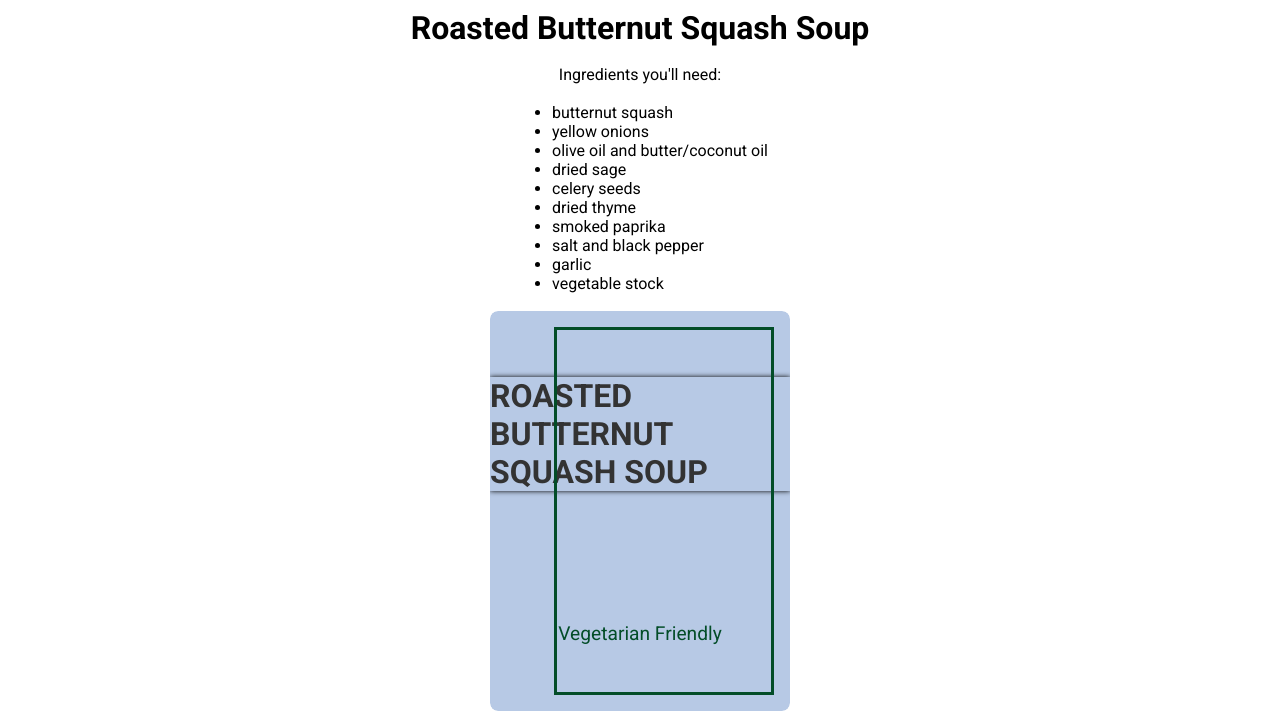
Repository: IDMX225/css-card-flip-LyssaMA
Page: src/index.html
An editor plug-in stored every save of this project. The page is shown before and after the next save, followed by the edit.
The browser window is 1280 px wide. The pictures show the whole page.
The style sheet was rebuilt from its Sass, Less or Tailwind sources for each picture, by a compiler version that may differ from the author's.

Above is the page before, as saved 2024-11-12 19:36:57.
Not found: src/js/index.js

### src/index.html
<!DOCTYPE html>
<html lang="en">

<head>
  <meta charset="UTF-8">
  <meta name="viewport" content="width=device-width, initial-scale=1.0">
  <meta name="description" content="A modern CSS page">
  <meta name="generator" content="Eleventy v1.2">
  <title>Recipe</title>
  <link rel="shortcut icon" href="images/squash.png" type="image/png">
  <link rel="stylesheet" href="css/main.css">
</head>

<body>
  <h1>Roasted Butternut Squash Soup</h1>
  <p>Ingredients you'll need:</p>
  <!-- Unordered List for Ingredients -->
  <ul>
    <li>butternut squash</li>
    <li>yellow onions</li>
    <li>olive oil and butter/coconut oil</li>
    <li>dried sage</li>
    <li>celery seeds</li>
    <li>dried thyme</li>
    <li>smoked paprika</li>
    <li>salt and black pepper</li>
    <li>garlic</li>
    <li>vegetable stock</li>
  </ul>

  <div class="card">
    <div class="card__content">
      <div class="card__front">
        <h3 class="card__title">Roasted Butternut Squash Soup</h3>
        <p class="card__subtitle">Vegetarian Friendly</p>
      </div>

      <div class="card__back">
        <p class="card__body">To roast the squash, simply place the seasoned squash onto two large baking sheets lined
          with aluminum foil for easy cleanup. Roast in the oven for 45 minutes at 400°F.
          There's no need to flip over the squash halfway through roasting. Just let it go for 45 minutes and that's it!
          Enjoy!</p>
      </div>
    </div>
  </div>

  <script src="js/index.js"></script>
</body>

</html>

### src/sass/main.scss

/* Import Google Fonts */
@import url('https://fonts.googleapis.com/css2?family=Roboto:wght@400;700&display=swap');

:root {
  --level-three: translateZ(9rem);
  --fw-normal: 400;
  --fw-bold: 700;
  --clr: #b7c9e5;
  --clr-dark: #333;
  --font-family: 'Roboto', sans-serif;
}

*,
*::before,
*::after {
  box-sizing: border-box;
  margin: 0;
}

body {
  font-family: var(--font-family);
  height: 100vh;
  display: grid;
  place-items: center;
}

.card {
  width: 300px;
  height: 400px;
  perspective: 1000px;
  border-radius: 8px;
  overflow: hidden;
}

.card__content {
  position: relative;
  width: 100%;
  height: 100%;
  transform-style: preserve-3d;
  transition: transform 0.6s;
}

.card:hover .card__content {
  transform: rotateY(180deg);
}

.card__front,
.card__back {
  position: absolute;
  top: 0;
  left: 0;
  right: 0;
  bottom: 0;
  backface-visibility: hidden;
  display: grid;
  justify-items: center;
  align-items: center;
  border-radius: 8px;
}

.card__front {
  background-color: var(--clr);
  color: #034d28;
}

.card__front::before {
  content: '';
  position: absolute;
  top: 1em;
  bottom: 1em;
  left: 4em;
  right: 1em;
  border: 3px solid currentColor;
}

.card__title {
  font-family: var(--font-family);
  font-size: 2rem;
  font-weight: var(--fw-bold);
  text-transform: uppercase;
  color: #333;
  box-shadow: 0 0 5px black;
}

.card__subtitle {
  font-family: var(--font-family);
  font-size: 1.2rem;
  font-weight: var(--fw-normal);
}

.card__back {
  background: var(--clr-dark);
  color: #f7d07d;
  transform: rotateY(180deg);
}

.card__body {
  font-family: var(--font-family);
  font-size: 1rem;
  line-height: 1.5;
  padding: 1em;
  text-align: center;
}

After the next save:
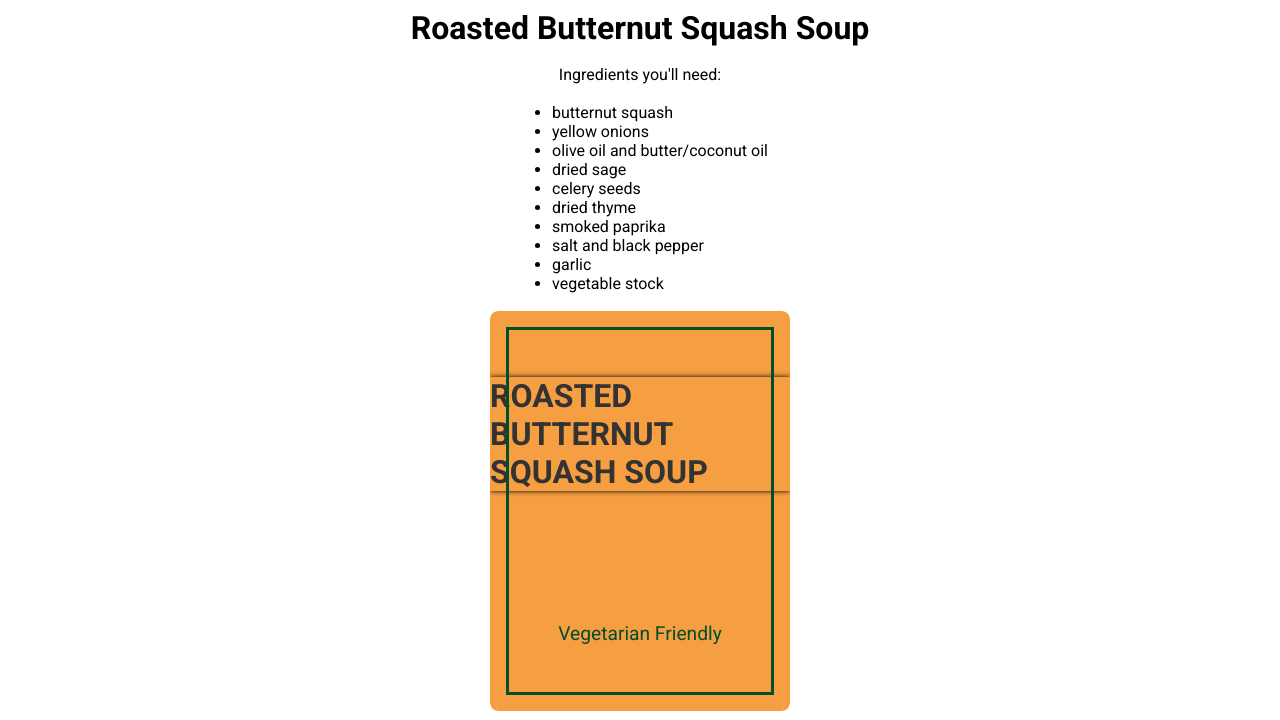
Saved 4 min 57 s later.
--- a/src/sass/main.scss
+++ b/src/sass/main.scss
@@ -6,7 +6,7 @@
   --level-three: translateZ(9rem);
   --fw-normal: 400;
   --fw-bold: 700;
-  --clr: #b7c9e5;
+  --clr: #f59e42;
   --clr-dark: #333;
   --font-family: 'Roboto', sans-serif;
 }
@@ -69,7 +69,7 @@ body {
   position: absolute;
   top: 1em;
   bottom: 1em;
-  left: 4em;
+  left: 1em;
   right: 1em;
   border: 3px solid currentColor;
 }
